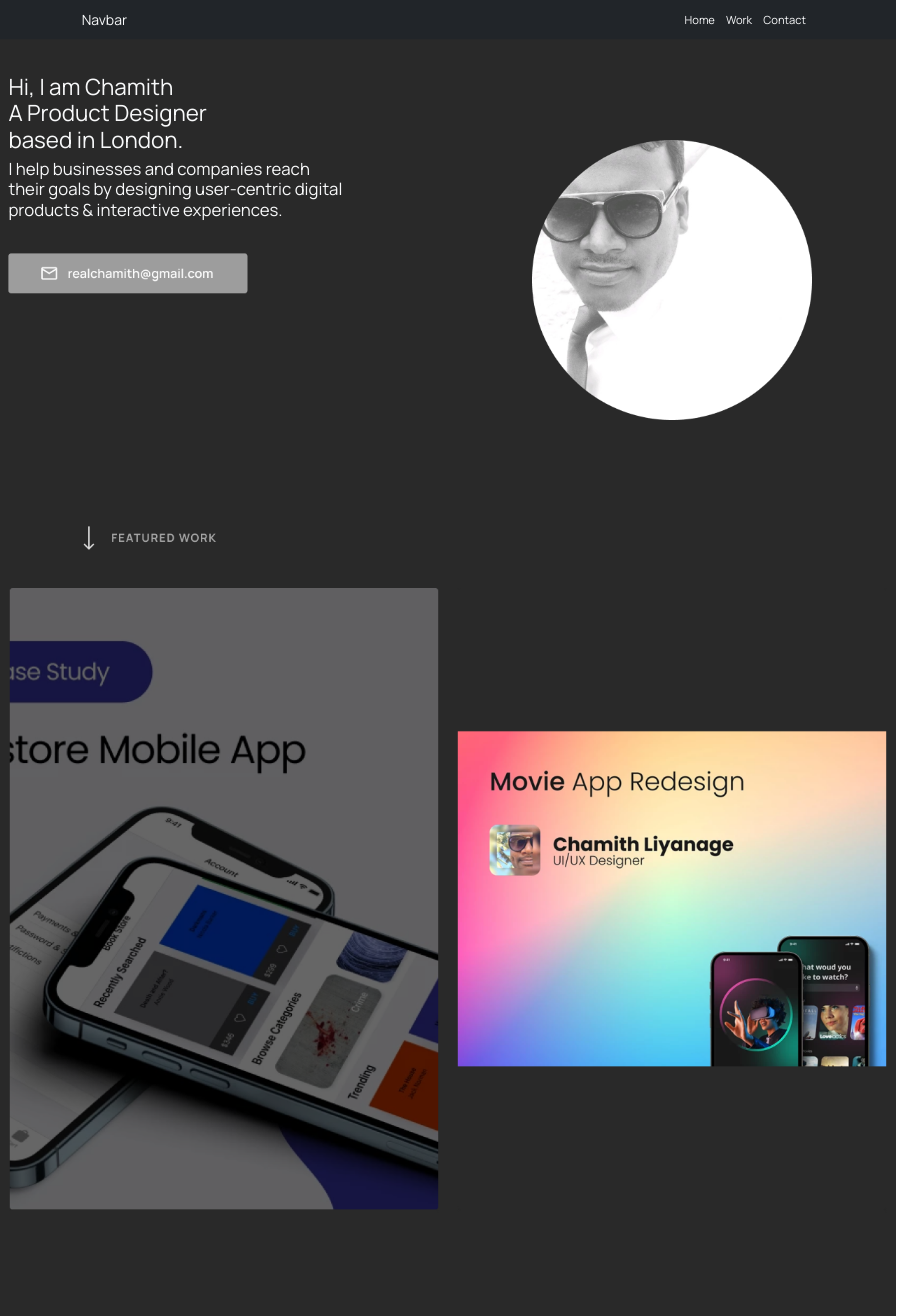
Repository: Realchamithweb/chamith-html
Page: index.html
The author's editor kept a copy of each file at every save. The page is drawn from the files as they stood at one save, then again after a run of saves.
The browser window is 1280 px wide. The page is 1292 px wide, so the pictures cover 1292 px, including what lies to the right of the window. The pictures show the part of the page from y = 0 to 1880 px (the page is 4225 px tall), at 70% of full size.

Above is the page before, as saved 2023-01-04 16:19:30.

### index.html
<!doctype html>
<html lang="en">
  <head>
    <!-- Required meta tags -->
    <meta charset="utf-8">
    <meta name="viewport" content="width=device-width, initial-scale=1">
    <link rel="stylesheet" href="/css/style.css">
    <link rel="script" href="/js/main.js">
    <!-- Bootstrap CSS -->
    <link href="https://cdn.jsdelivr.net/npm/bootstrap@5.0.2/dist/css/bootstrap.min.css" rel="stylesheet" integrity="sha384-EVSTQN3/azprG1Anm3QDgpJLIm9Nao0Yz1ztcQTwFspd3yD65VohhpuuCOmLASjC" crossorigin="anonymous">
    <link rel="stylesheet" href="https://fonts.googleapis.com/css?family=Manrope">
    <title>Hello, world!</title>
  </head>
  <body>
    <div class="main">
            <div class="head">
                <nav class="navbar navbar-expand-lg navbar-light bg-dark">
                    <div class="container-fluid">
                        <div class="col-md-1"></div>
                    <a class="navbar-brand col-md-8 text-light" href="#">Navbar</a>
                    <button class="navbar-toggler" type="button" data-bs-toggle="collapse" data-bs-target="#navbarNavDropdown" aria-controls="navbarNavDropdown" aria-expanded="false" aria-label="Toggle navigation">
                        <span class="navbar-toggler-icon"></span>
                    </button>
                    <div class="collapse navbar-collapse" id="navbarNavDropdown">
                        <ul class="navbar-nav">
                        <li class="nav-item">
                            <a class="nav-link active text-light" aria-current="page" href="#">Home</a>
                        </li>
                        <li class="nav-item">
                            <a class="nav-link text-light" href="/work.html">Work</a>
                        </li>
                        <li class="nav-item">
                            <a class="nav-link text-light" href="/contact.html">Contact</a>
                        </li>
                        </ul>
                    </div>
                    </div>
                </nav>
            </div>

            <section>
            <div class="hero">
                <div class="container-fluid">
                    <div class="row">
                        <div class="col-lg-6">
                            <p class="hero-title text-light h2 mt-5">Hi, I am Chamith<br>
                                A Product Designer<br>
                                based in London.
                            </p>
                            <p class="hero-text text-light h4 mt-2">
                                I help businesses and companies reach <br>
                                their goals by designing user-centric digital <br>
                                products & interactive experiences.
                            </p>
                            <div class="mt-5">
                                <img src="/inc/Btn.png" class="">
                            </div>
                        </div>
                        <div class="col-lg-6 d-flex justify-content-center mb-5 mt-5">
                            <img src="/inc/unsplash_XHVpWcr5grQ.png"" class="hero-img">
                        </div>
                    </div>
                </div>
            </div>
            </section>
            <section>
            <div class="Featured-Work">
                <div class="container-fluid">
                    <div class="row mt-5">
                        <div class="col-lg-1  mb-5"></div>
                        <div class="col-lg-10  mb-5 mt-5">
                            <img src="/inc/Featured.png" class="img00">
                        </div>
                        <div class="col-lg-6 d-flex justify-content-center">
                            <img src="/inc/unsplash_mxPiMiz7KCo.png" class="img01">

                        </div>
                        <div class="col-lg-6 d-flex justify-content-center">
                            <img src="/inc/unsplash_g-pKprPg5yw.png" class="img02">
                        </div>
                    </div>
                </div>
                <div class="container-fluid">
                    <div class="row">
                        <div class="col-lg-6 d-flex justify-content-center">
                            <img src="/inc/unsplash_pqzRfBhd9r0.png" class="img01">
                        </div>
                        <div class="col-lg-6 d-flex justify-content-center">
                            <img src="/inc/unsplash_x-HpilsdKEk.png" class="img01">
                        </div>
                    </div>
                </div>
            </div>
            </section>
            <section>
                <div class="Visual-Explorations mb-5">
                    <div class="container-fluild">
                        <div class="row">
                            <div class="col-lg-12 d-flex justify-content-center text-light h1 mt-5 mb-5">Visual Explorations</div>
                            <div class="col-lg-4 d-flex justify-content-center">
                                <img src="/inc/unsplash_fd6K_OFlnRA.png" class="img01">
                            </div>
                            <div class="col-lg-4 d-flex justify-content-center">
                                <img src="/inc/unsplash_Glel-RswQqM.png" class="img01">
                            </div>
                            <div class="col-lg-4 d-flex justify-content-center">
                                <img src="/inc/unsplash_pPTw_RTkvXQ.png" class="img01">
                            </div>
                        </div>
                    </div>
                </div>
            </section>
            <section>
                <div class="Personal-Projects">
                    <div class="container-fluild">
                        <div class="row">
                            <div class="col-lg-12 d-flex justify-content-center text-light h1 mt-5">Personal Projects</div>
                            <div class="col-lg-4 d-flex justify-content-center">
                                <img src="/inc/Rectangle 4.png" class="img01">
                            </div>
                            <div class="col-lg-4 d-flex justify-content-center">
                                <img src="/inc/Rectangle 4-1.png" class="img01">
                            </div>
                            <div class="col-lg-4 d-flex justify-content-center">
                                <img src="/inc/Rectangle 4-2.png" class="img01">
                            </div>
                        </div>
                    </div>
                </div>
            </section>
            <section>
                <div class="contact-me">
                    <div class="container-fluild">
                        <div class="row">
                                <h2 class="text-light d-flex justify-content-center mb-5">Contact Me</h2>
                                <p class="text-light d-flex text-center justify-content-center h5 mb-5">If you are looking to hire a product designer,<br>
                                    I’m currently available for freelance work</p>
                                <div class="col-lg-12 d-flex justify-content-center mb-5">
                                    <img src="/inc/Btn.png" class="img02">
                                </div>
                        </div>
                    </div>
                </div>
            </section>
            <section>
                <div class="footer">
                    <div class="container-fluild">
                        <div class="row">
                            <hr class="text-light">
                            <div class="col-lg-4 text-center text-light mb-3">Made by Chamith — Copyright 2022</div>
                            <div class="col-lg-4 mb-3"></div>
                            <div class="col-lg-4 mb-3"><img src="/inc/Icons.png" class="img02"></div>
                        </div>
                    </div>
                </div>
            </section>

    </div>




    <!-- Optional JavaScript; choose one of the two! -->

    <!-- Option 1: Bootstrap Bundle with Popper -->
    <script src="https://cdn.jsdelivr.net/npm/bootstrap@5.0.2/dist/js/bootstrap.bundle.min.js" integrity="sha384-MrcW6ZMFYlzcLA8Nl+NtUVF0sA7MsXsP1UyJoMp4YLEuNSfAP+JcXn/tWtIaxVXM" crossorigin="anonymous"></script>

    <!-- Option 2: Separate Popper and Bootstrap JS -->
    <!--
    <script src="https://cdn.jsdelivr.net/npm/@popperjs/core@2.9.2/dist/umd/popper.min.js" integrity="sha384-IQsoLXl5PILFhosVNubq5LC7Qb9DXgDA9i+tQ8Zj3iwWAwPtgFTxbJ8NT4GN1R8p" crossorigin="anonymous"></script>
    <script src="https://cdn.jsdelivr.net/npm/bootstrap@5.0.2/dist/js/bootstrap.min.js" integrity="sha384-cVKIPhGWiC2Al4u+LWgxfKTRIcfu0JTxR+EQDz/bgldoEyl4H0zUF0QKbrJ0EcQF" crossorigin="anonymous"></script>
    -->
  </body>
</html>

### css/style.css
.main{
    background-color: #292929;
    font-family: 'Manrope', serif;

}

.hero-img{
    margin-top: 6em;
}

.hero-title{

}

/*
.hero-title{
    position: absolute;
    width: 824px;
    height: 192px;
    left: 96px;
    top: 240px;

    font-family: 'Inter';
    font-style: normal;
    font-weight: 400;
    font-size: 54px;
    line-height: 64px;
    color: #000000;
}

.hero-text{
    position: absolute;
    width: 824px;
    height: 90px;
    left: 96px;
    top: 456px;

    font-family: 'Inter';
    font-style: normal;
    font-weight: 400;
    font-size: 20px;
    line-height: 30px;
    /* or 150% */
    /* color: #000000
}

.hero-btn{
    box-sizing: border-box;
    position: absolute;
    width: 341.57px;
    height: 57px;
    left: 96px;
    top: 634px;

    background: #FFFFFF;
    border: 1px solid #000000;
    border-radius: 4px;
}

.f-row{
    display: flex;
    flex-direction: row;
    justify-content: center;
    align-items: center;
    padding: 8px;
    gap: 32px;

    position: absolute;
    height: 48px;
    left: 96px;
    top: 836px;
}

.img00{
    display: flex;
    flex-direction: row;
    justify-content: center;
    align-items: center;
    padding: 8px;
    gap: 32px;

    position: absolute;
    width: 198px;
    height: 48px;
    left: 96px;
    top: 836px;

}

.img01{
    position: absolute;
    width: 612px;
    height: 888px;
    left: 96px;
    top: 964px;
    border-radius: 4px;
}

.img01:hover{
    background: linear-gradient(0deg, rgba(0, 0, 0, 0.6), rgba(0, 0, 0, 0.6)), url("/inc/Bookstore.png"), #292929;
}

.img02{
    position: absolute;
    width: 612px;
    height: 888px;
    left: 732px;
    top: 1102px;

    background: url(3ffea8135910975.Y3JvcCwxMDgwLDg0NCwwLDExNw.png), #292929;
    border-radius: 4px;
}  */

After the next 2 saves:
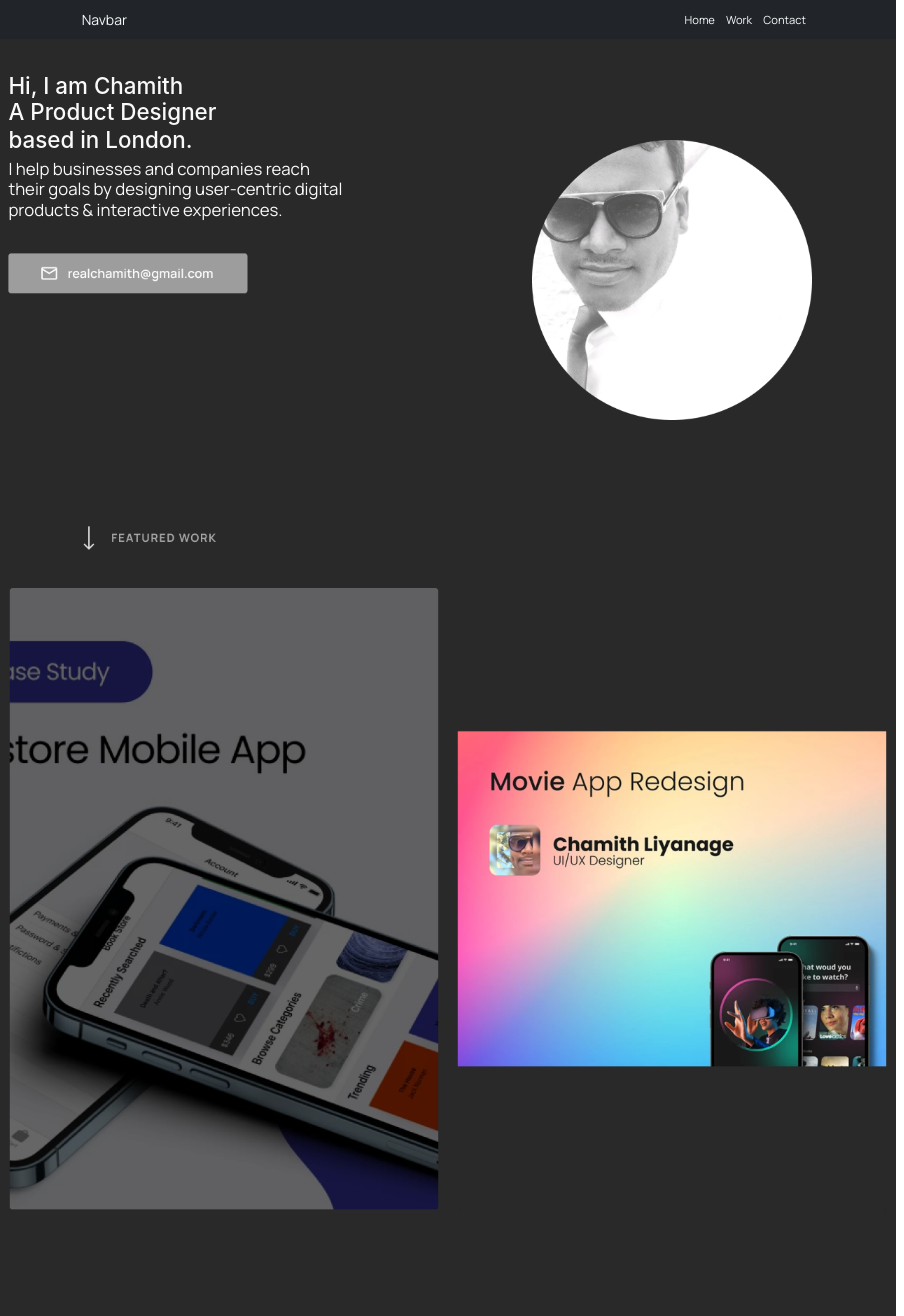
The 2 saves are shown as one change because they came seconds apart.
The last was saved 27 s later.
--- a/css/style.css
+++ b/css/style.css
@@ -9,6 +9,10 @@
 }
 
 .hero-title{
+    font-family: 'Inter';
+    font-style: normal;
+    font-weight: 400;
+    font-size: 54px;
 
 }
 
